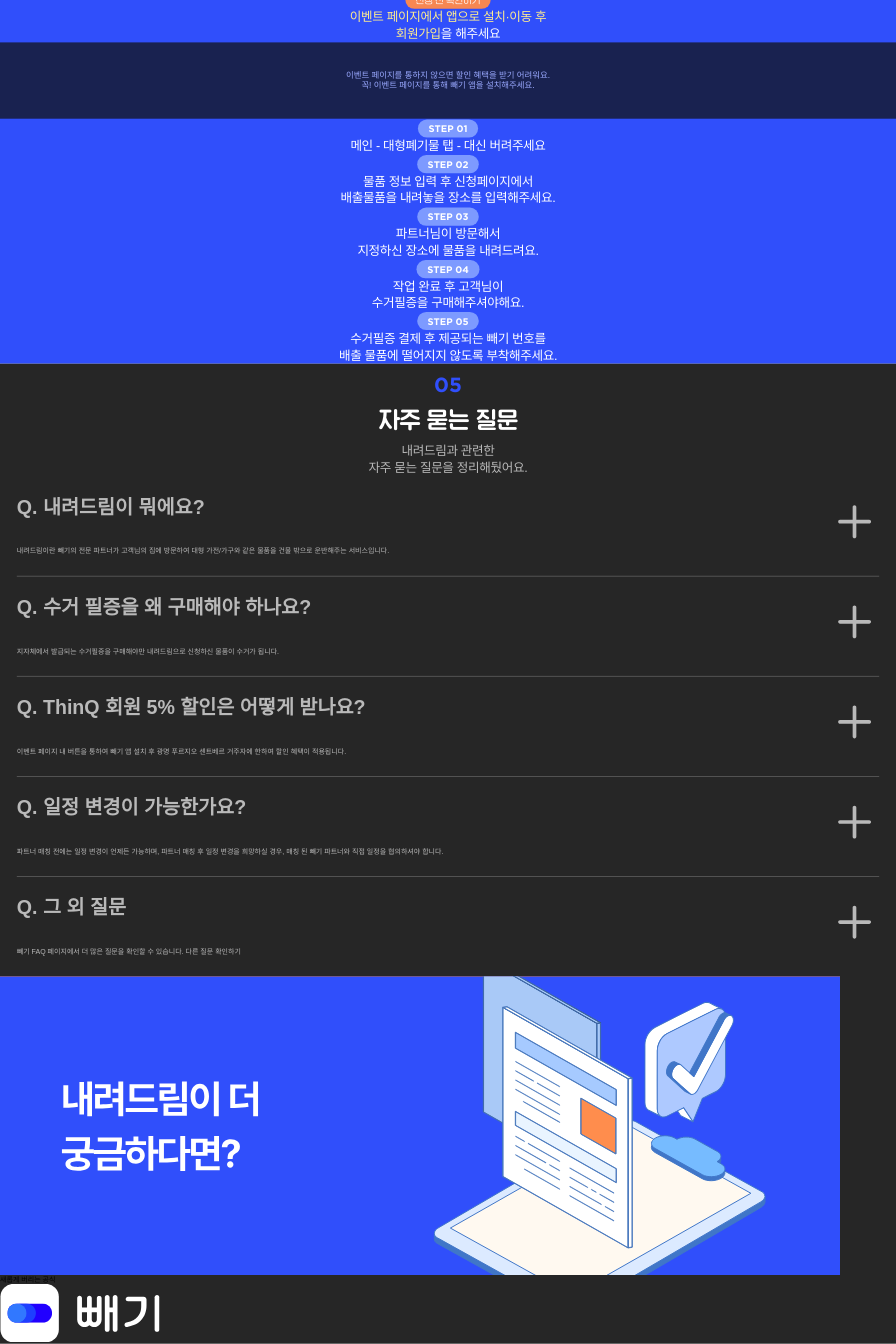
Repository: seraLeeDev/lgthinq-test
Page: index2.html
An editor plug-in stored every save of this project. The page is shown before and after the next save, followed by the edit.
The browser window is 1280 px wide. The pictures show the part of the page from y = 4181 to 6101 px (the page is 6101 px tall), at 70% of full size.
Some web fonts or font styles are not loaded; a fallback is used.

Above is the page before, as saved 2023-03-14 16:25:47.
Console error: ReferenceError: AOS is not defined

After the next save:
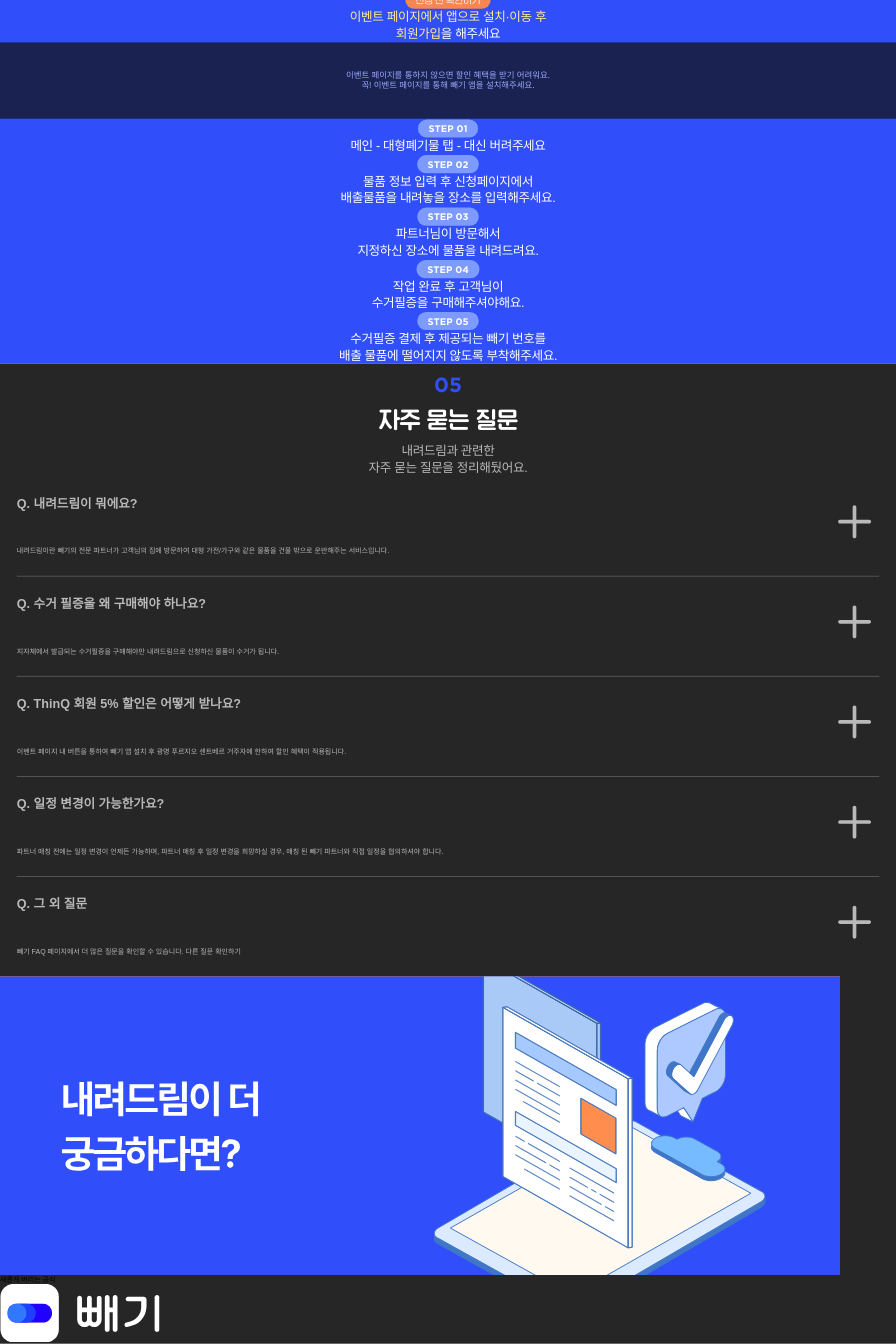
Saved 6 s later.
--- a/css/style.css
+++ b/css/style.css
@@ -179,5 +179,5 @@ body,
   width: 100%;
 }
 .text-question {
-  font-size: 2.8rem;
+  font-size: 1.8rem;
 }
